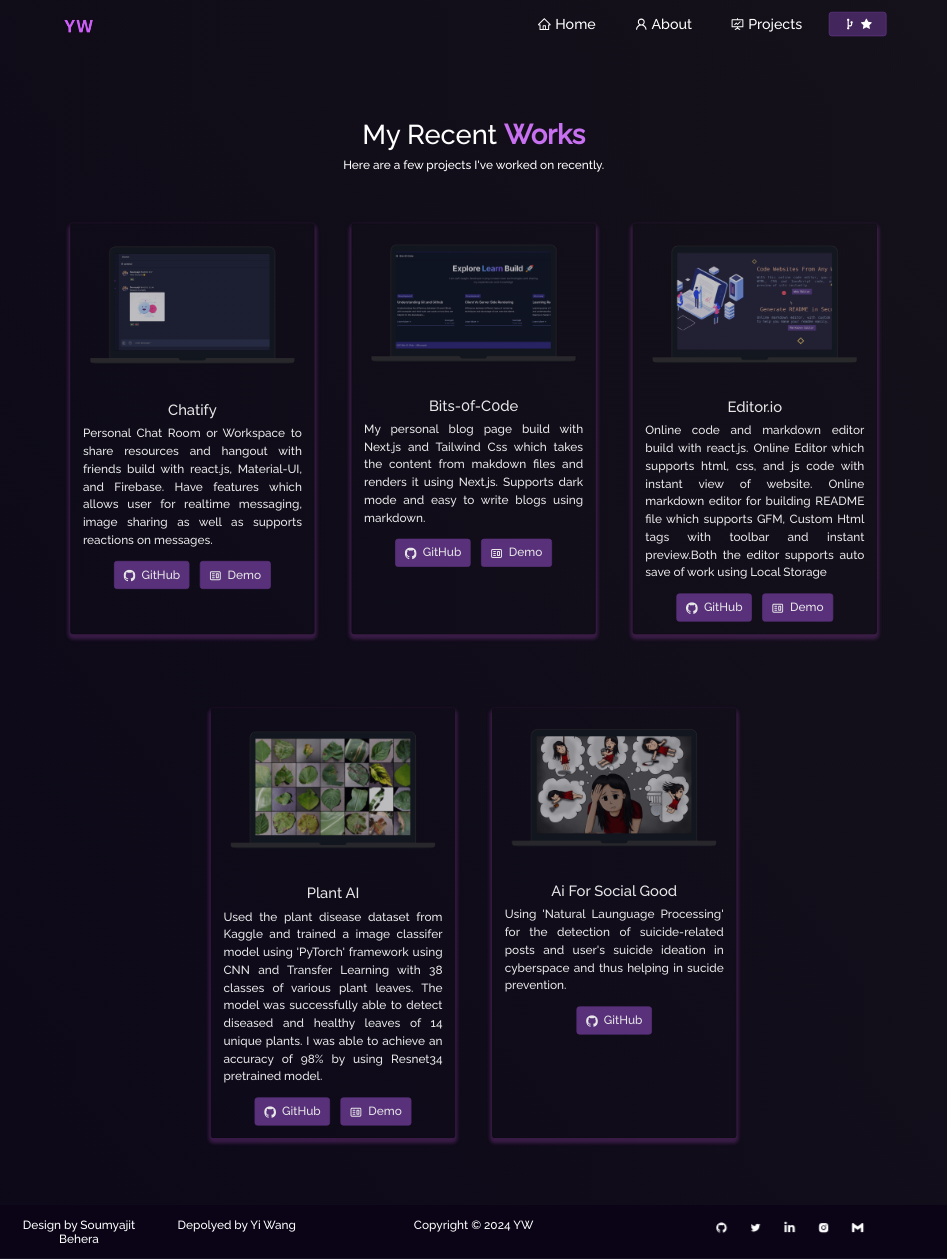
Repository: YiWang24/Portfolio
Page: /project
These files come from the project's save history. The page is drawn as it stood at one moment and after the next save; the edit follows.
The browser window is 1280 px wide. The pictures show the whole page, at 74% of full size.
The project was rebuilt for these pictures with package versions that can differ from the ones it lists, and the page was loaded fresh each time. Also part of the build but not shown: src/components/Home/Home2.js, src/components/Home/Type.js, src/components/Home/Home.js, src/components/About/Github.js, src/components/About/Techstack.js, src/components/About/AboutCard.js, src/components/About/Toolstack.js, src/components/About/About.js and 1 more. Imported but missing from the stored project, and not drawn on this page: src/Assets/Soumyajit_Behera-BIT_MESRA.pdf.

Above is the page before, as saved 2024-08-21 21:25:29.

### public/index.html
<!DOCTYPE html>
<html lang="en">

<head>
  <meta charset="utf-8" />
  <link rel="icon" href="%PUBLIC_URL%/favicon.png" />
  <meta name="viewport" content="width=device-width, initial-scale=1" />
  <meta name="theme-color" content="#000000" />
  <meta name="description" content="Web site created using create-react-app" />
  <link rel="manifest" href="%PUBLIC_URL%/manifest.json" />
  <title>Yi Wang | Portfolio</title>
  <meta name="description" content="Self Developed personal website build with React.js">

  <!-- Google / Search Engine Tags -->
  <meta itemprop="name" content="Yi Wang | Portfolio">
  <meta itemprop="description" content="Self Developed personal website build with React.js">
  <meta itemprop="image"
    content="https://raw.githubusercontent.com/soumyajit4419/Portfolio/master/Images/readme-img.png?token=AK7VCIF5RYEUZZAURELPTAC76U6AK">

  <!-- Facebook Meta Tags -->
  <meta property="og:url" content="https://soumyajit.vercel.app">
  <meta property="og:type" content="website">
  <meta property="og:title" content="Yi Wang | Portfolio">
  <meta property="og:description" content="Self Developed personal website build with React.js">
  <meta property="og:image"
    content="https://raw.githubusercontent.com/soumyajit4419/Portfolio/master/Images/readme-img.png?token=AK7VCIF5RYEUZZAURELPTAC76U6AK">

  <!-- Twitter Meta Tags -->
  <meta name="twitter:card" content="summary_large_image">
  <meta name="twitter:title" content="Yi Wang | Portfolio">
  <meta name="twitter:description" content="Self Developed personal website build with React.js">
  <meta name="twitter:image"
    content="https://raw.githubusercontent.com/soumyajit4419/Portfolio/master/Images/readme-img.png?token=AK7VCIF5RYEUZZAURELPTAC76U6AK">
</head>

<body>
  <noscript>You need to enable JavaScript to run this app.</noscript>
  <div id="root"></div>
</body>

</html>

### src/components/Navbar.js
import React, { useState } from "react";
import Navbar from "react-bootstrap/Navbar";
import Nav from "react-bootstrap/Nav";
import Container from "react-bootstrap/Container";
import logo from "../Assets/logo.png";
import Button from "react-bootstrap/Button";
import { Link } from "react-router-dom";
import { CgGitFork } from "react-icons/cg";
import { ImBlog } from "react-icons/im";
import {
  AiFillStar,
  AiOutlineHome,
  AiOutlineFundProjectionScreen,
  AiOutlineUser,
} from "react-icons/ai";

import { CgFileDocument } from "react-icons/cg";

function NavBar() {
  const [expand, updateExpanded] = useState(false);
  const [navColour, updateNavbar] = useState(false);

  function scrollHandler() {
    if (window.scrollY >= 20) {
      updateNavbar(true);
    } else {
      updateNavbar(false);
    }
  }

  window.addEventListener("scroll", scrollHandler);

  return (
    <Navbar
      expanded={expand}
      fixed="top"
      expand="md"
      className={navColour ? "sticky" : "navbar"}
    >
      <Container>
        <Navbar.Brand href="/" className="d-flex">
          <img src={logo} className="img-fluid logo" alt="brand" />
        </Navbar.Brand>
        <Navbar.Toggle
          aria-controls="responsive-navbar-nav"
          onClick={() => {
            updateExpanded(expand ? false : "expanded");
          }}
        >
          <span></span>
          <span></span>
          <span></span>
        </Navbar.Toggle>
        <Navbar.Collapse id="responsive-navbar-nav">
          <Nav className="ms-auto" defaultActiveKey="#home">
            <Nav.Item>
              <Nav.Link as={Link} to="/" onClick={() => updateExpanded(false)}>
                <AiOutlineHome style={{ marginBottom: "2px" }} /> Home
              </Nav.Link>
            </Nav.Item>

            <Nav.Item>
              <Nav.Link
                as={Link}
                to="/about"
                onClick={() => updateExpanded(false)}
              >
                <AiOutlineUser style={{ marginBottom: "2px" }} /> About
              </Nav.Link>
            </Nav.Item>

            <Nav.Item>
              <Nav.Link
                as={Link}
                to="/project"
                onClick={() => updateExpanded(false)}
              >
                <AiOutlineFundProjectionScreen
                  style={{ marginBottom: "2px" }}
                />{" "}
                Projects
              </Nav.Link>
            </Nav.Item>

            {/* <Nav.Item>
              <Nav.Link
                as={Link}
                to="/resume"
                onClick={() => updateExpanded(false)}
              >
                <CgFileDocument style={{ marginBottom: "2px" }} /> Resume
              </Nav.Link>
            </Nav.Item>

            <Nav.Item>
              <Nav.Link
                href="https://soumyajitblogs.vercel.app/"
                target="_blank"
                rel="noreferrer"
              >
                <ImBlog style={{ marginBottom: "2px" }} /> Blogs
              </Nav.Link>
            </Nav.Item> */}

            <Nav.Item className="fork-btn">
              <Button
                href="https://github.com/YiWang24/Portfolio"
                target="_blank"
                className="fork-btn-inner"
              >
                <CgGitFork style={{ fontSize: "1.2em" }} />{" "}
                <AiFillStar style={{ fontSize: "1.1em" }} />
              </Button>
            </Nav.Item>
          </Nav>
        </Navbar.Collapse>
      </Container>
    </Navbar>
  );
}

export default NavBar;

### src/components/Projects/Projects.js
import React from "react";
import { Container, Row, Col } from "react-bootstrap";
import ProjectCard from "./ProjectCards";
import Particle from "../Particle";
import leaf from "../../Assets/Projects/leaf.png";
import emotion from "../../Assets/Projects/emotion.png";
import editor from "../../Assets/Projects/codeEditor.png";
import chatify from "../../Assets/Projects/chatify.png";
import suicide from "../../Assets/Projects/suicide.png";
import bitsOfCode from "../../Assets/Projects/blog.png";

function Projects() {
  return (
    <Container fluid className="project-section">
      <Particle />
      <Container>
        <h1 className="project-heading">
          My Recent <strong className="purple">Works </strong>
        </h1>
        <p style={{ color: "white" }}>
          Here are a few projects I've worked on recently.
        </p>
        <Row style={{ justifyContent: "center", paddingBottom: "10px" }}>
          <Col md={4} className="project-card">
            <ProjectCard
              imgPath={chatify}
              isBlog={false}
              title="Chatify"
              description="Personal Chat Room or Workspace to share resources and hangout with friends build with react.js, Material-UI, and Firebase. Have features which allows user for realtime messaging, image sharing as well as supports reactions on messages."
              ghLink="https://github.com/soumyajit4419/Chatify"
              demoLink="https://chatify-49.web.app/"
            />
          </Col>

          <Col md={4} className="project-card">
            <ProjectCard
              imgPath={bitsOfCode}
              isBlog={false}
              title="Bits-0f-C0de"
              description="My personal blog page build with Next.js and Tailwind Css which takes the content from makdown files and renders it using Next.js. Supports dark mode and easy to write blogs using markdown."
              ghLink="https://github.com/soumyajit4419/Bits-0f-C0de"
              demoLink="https://blogs.soumya-jit.tech/"
            />
          </Col>

          <Col md={4} className="project-card">
            <ProjectCard
              imgPath={editor}
              isBlog={false}
              title="Editor.io"
              description="Online code and markdown editor build with react.js. Online Editor which supports html, css, and js code with instant view of website. Online markdown editor for building README file which supports GFM, Custom Html tags with toolbar and instant preview.Both the editor supports auto save of work using Local Storage"
              ghLink="https://github.com/soumyajit4419/Editor.io"
              demoLink="https://editor.soumya-jit.tech/"
            />
          </Col>

          <Col md={4} className="project-card">
            <ProjectCard
              imgPath={leaf}
              isBlog={false}
              title="Plant AI"
              description="Used the plant disease dataset from Kaggle and trained a image classifer model using 'PyTorch' framework using CNN and Transfer Learning with 38 classes of various plant leaves. The model was successfully able to detect diseased and healthy leaves of 14 unique plants. I was able to achieve an accuracy of 98% by using Resnet34 pretrained model."
              ghLink="https://github.com/soumyajit4419/Plant_AI"
              demoLink="https://plant49-ai.herokuapp.com/"
            />
          </Col>

          <Col md={4} className="project-card">
            <ProjectCard
              imgPath={suicide}
              isBlog={false}
              title="Ai For Social Good"
              description="Using 'Natural Launguage Processing' for the detection of suicide-related posts and user's suicide ideation in cyberspace  and thus helping in sucide prevention."
              ghLink="https://github.com/soumyajit4419/AI_For_Social_Good"
              // demoLink="https://www.youtube.com/watch?v=dQw4w9WgXcQ&ab_channel=RickAstley" <--------Please include a demo link here
            />
          </Col>


        </Row>
      </Container>
    </Container>
  );
}

export default Projects;

### src/components/Footer.js
import React from "react";
import { Container, Row, Col } from "react-bootstrap";
import {
  AiFillGithub,
  AiOutlineTwitter,
  AiFillInstagram,
} from "react-icons/ai";
import { FaLinkedinIn } from "react-icons/fa";
import { SiGmail } from "react-icons/si";

function Footer() {
  let date = new Date();
  let year = date.getFullYear();
  return (
    <Container fluid className="footer">
      <Row>
        <Col md="2" className="footer-copywright">
          <h3>Design by Soumyajit Behera</h3>
        </Col>
        <Col md="2" className="footer-copywright">
          <h3>Depolyed by Yi Wang</h3>
        </Col>
        <Col md="4" className="footer-copywright">
          <h3>Copyright © {year} YW</h3>
        </Col>
        <Col md="4" className="footer-body">
          <ul className="footer-icons">
            <li className="social-icons">
              <a
                href="https://github.com/YiWang24"
                style={{ color: "white" }}
                target="_blank"
                rel="noopener noreferrer"
                aria-label="GitHub"
              >
                <AiFillGithub />
              </a>
            </li>
            <li className="social-icons">
              <a
                href="https://x.com/wang_yi13857"
                style={{ color: "white" }}
                target="_blank"
                rel="noopener noreferrer"
              >
                <AiOutlineTwitter />
              </a>
            </li>
            <li className="social-icons">
              <a
                href="https://www.linkedin.com/in/yi-wang-51892731a/"
                style={{ color: "white" }}
                target="_blank"
                rel="noopener noreferrer"
              >
                <FaLinkedinIn />
              </a>
            </li>
            <li className="social-icons">
              <a
                href="https://www.instagram.com/yiwang2026/"
                style={{ color: "white" }}
                target="_blank"
                rel="noopener noreferrer"
              >
                <AiFillInstagram />
              </a>
            </li>
            <li className="social-icons">
              <a
                href="mailto:yiwang2457@gmail.com"
                style={{ color: "white" }}
                target="_blank"
                rel="noopener noreferrer"
              >
                <SiGmail />
              </a>
            </li>
          </ul>
        </Col>
      </Row>
    </Container>
  );
}

export default Footer;

### src/components/Particle.js
import React from "react";
import Particles from "react-tsparticles";

function Particle() {
  return (
    <Particles
      id="tsparticles"
      params={{
        particles: {
          number: {
            value: 160,
            density: {
              enable: true,
              value_area: 1500,
            },
          },
          line_linked: {
            enable: false,
            opacity: 0.03,
          },
          move: {
            direction: "right",
            speed: 0.05,
          },
          size: {
            value: 1,
          },
          opacity: {
            anim: {
              enable: true,
              speed: 1,
              opacity_min: 0.05,
            },
          },
        },
        interactivity: {
          events: {
            onclick: {
              enable: true,
              mode: "push",
            },
          },
          modes: {
            push: {
              particles_nb: 1,
            },
          },
        },
        retina_detect: true,
      }}
    />
  );
}

export default Particle;

### src/components/Projects/ProjectCards.js
import React from "react";
import Card from "react-bootstrap/Card";
import Button from "react-bootstrap/Button";
import { CgWebsite } from "react-icons/cg";
import { BsGithub } from "react-icons/bs";

function ProjectCards(props) {
  return (
    <Card className="project-card-view">
      <Card.Img variant="top" src={props.imgPath} alt="card-img" />
      <Card.Body>
        <Card.Title>{props.title}</Card.Title>
        <Card.Text style={{ textAlign: "justify" }}>
          {props.description}
        </Card.Text>
        <Button variant="primary" href={props.ghLink} target="_blank">
          <BsGithub /> &nbsp;
          {props.isBlog ? "Blog" : "GitHub"}
        </Button>
        {"\n"}
        {"\n"}

        {/* If the component contains Demo link and if it's not a Blog then, it will render the below component  */}

        {!props.isBlog && props.demoLink && (
          <Button
            variant="primary"
            href={props.demoLink}
            target="_blank"
            style={{ marginLeft: "10px" }}
          >
            <CgWebsite /> &nbsp;
            {"Demo"}
          </Button>
        )}
      </Card.Body>
    </Card>
  );
}
export default ProjectCards;

Loaded but not shown: src/index.js (common file); src/index.css (common file); src/App.js (common file); src/reportWebVitals.js (common file); src/components/Pre.js (common file); src/components/ScrollToTop.js (common file); src/style.css (common file); src/App.css (common file)

After the next save:
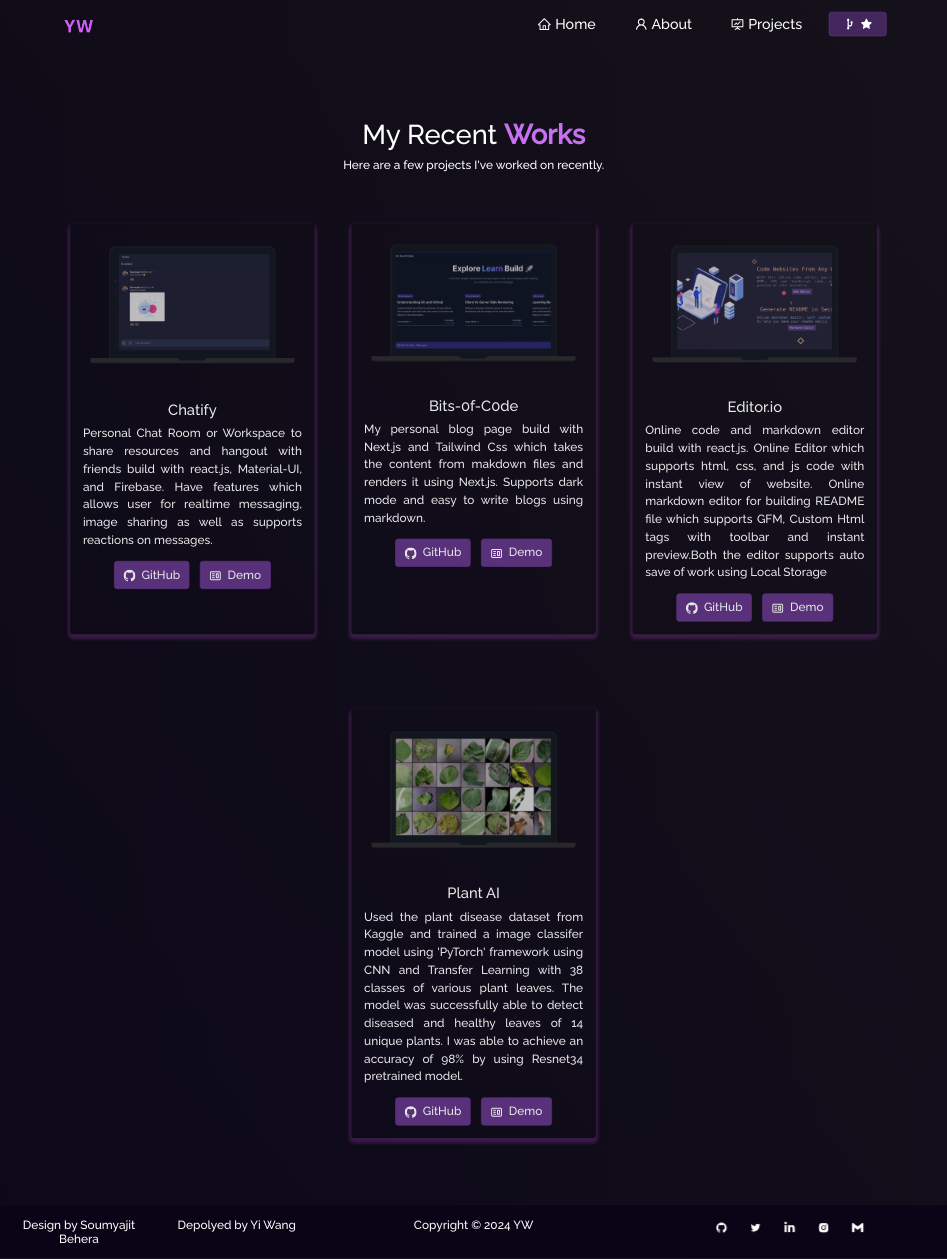
Saved 6 s later.
--- a/src/components/Projects/Projects.js
+++ b/src/components/Projects/Projects.js
@@ -65,16 +65,7 @@ function Projects() {
             />
           </Col>
 
-          <Col md={4} className="project-card">
-            <ProjectCard
-              imgPath={suicide}
-              isBlog={false}
-              title="Ai For Social Good"
-              description="Using 'Natural Launguage Processing' for the detection of suicide-related posts and user's suicide ideation in cyberspace  and thus helping in sucide prevention."
-              ghLink="https://github.com/soumyajit4419/AI_For_Social_Good"
-              // demoLink="https://www.youtube.com/watch?v=dQw4w9WgXcQ&ab_channel=RickAstley" <--------Please include a demo link here
-            />
-          </Col>
+
 
 
         </Row>
